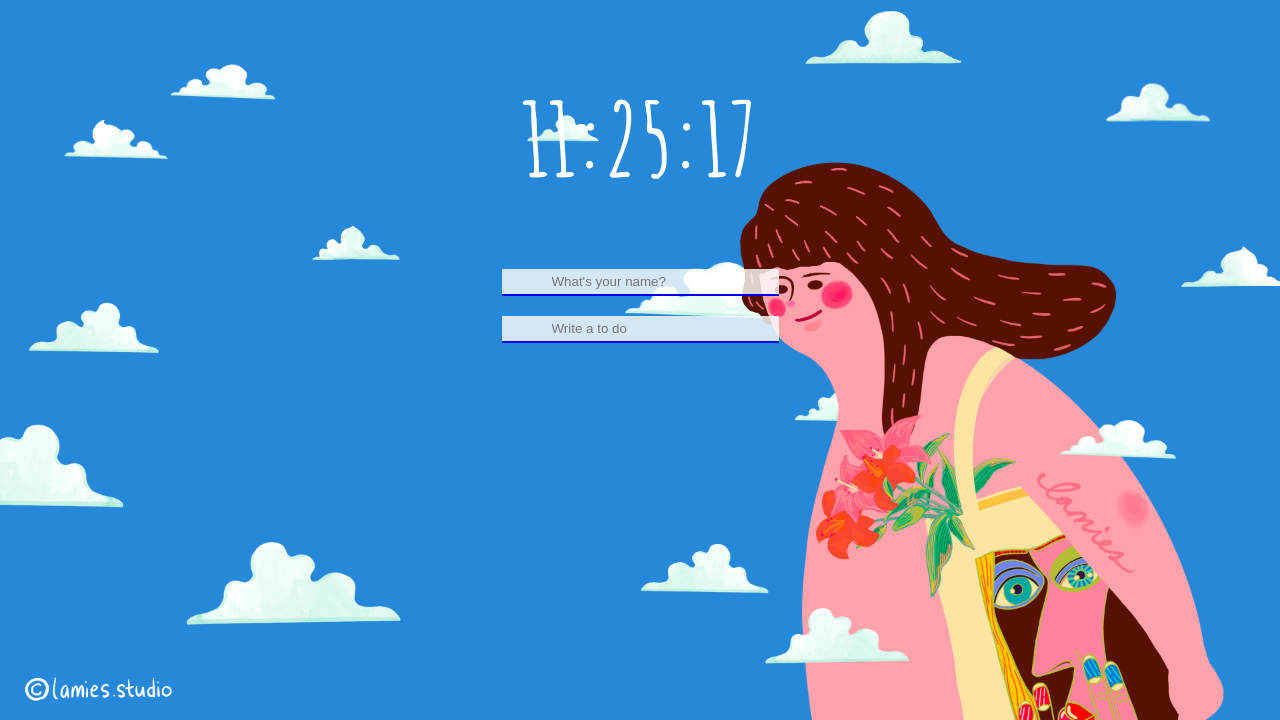
Repository: haleyjung/chrome_app
Page: index.html
The author's editor kept a copy of each file at every save. The page is drawn from the files as they stood at one save, then again after the next save.
The browser window is 1280 px wide. The pictures show the whole page.

Above is the page before, as saved 2020-11-23 15:31:28.

After the next save:
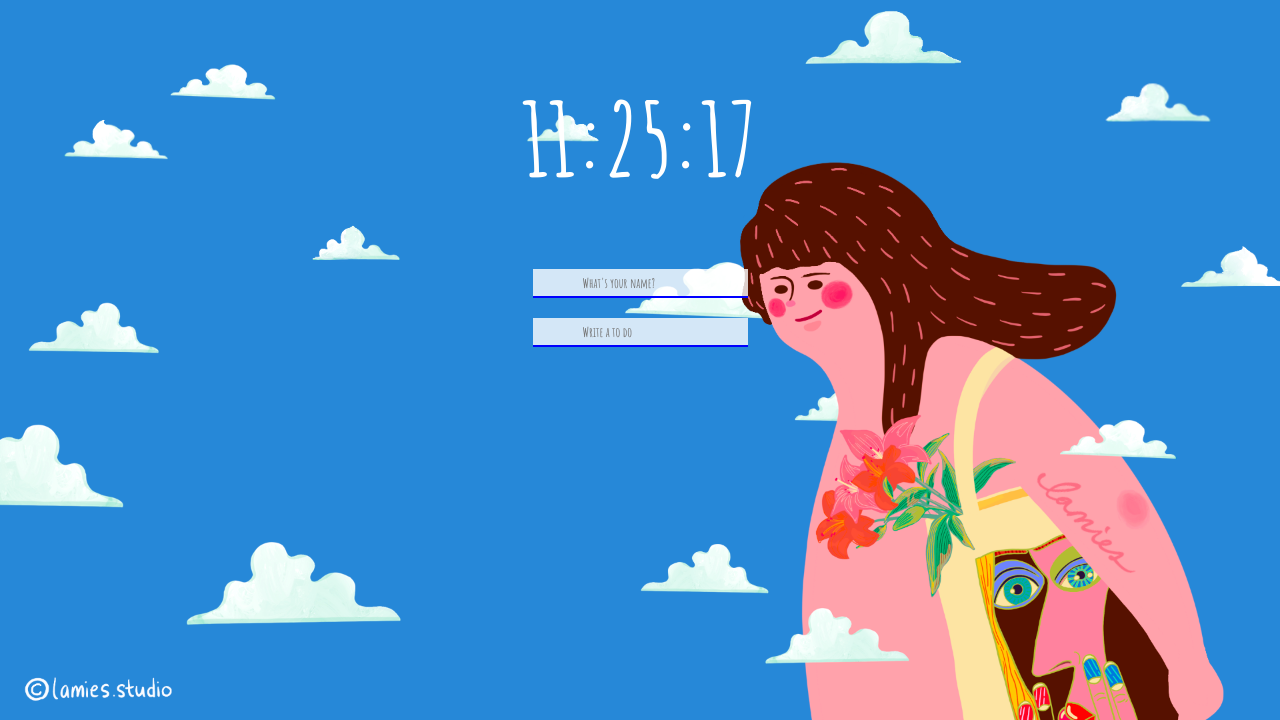
Saved 87 s later.
--- a/index.css
+++ b/index.css
@@ -1,4 +1,8 @@
-@import url("https://fonts.googleapis.com/css2?family=Amatic+SC:wght@400;700&family=Open+Sans&display=swap");
+@import url("https://fonts.googleapis.com/css2?family=Amatic+SC:wght@400;700&display=swap");
+
+* {
+  font-family: "Amatic SC", cursive;
+}
 
 body {
   background-color: palevioletred;
@@ -7,7 +11,6 @@ body {
   flex-direction: column;
   justify-content: center;
   align-items: center;
-  font-family: "Amatic SC", cursive;
   font-weight: 700;
 }
 
@@ -34,6 +37,7 @@ input {
   margin-bottom: 20px;
   background-color: rgba(255, 255, 255, 0.8);
   padding: 5px 50px;
+  font-weight: 700;
 }
 
 .form,
